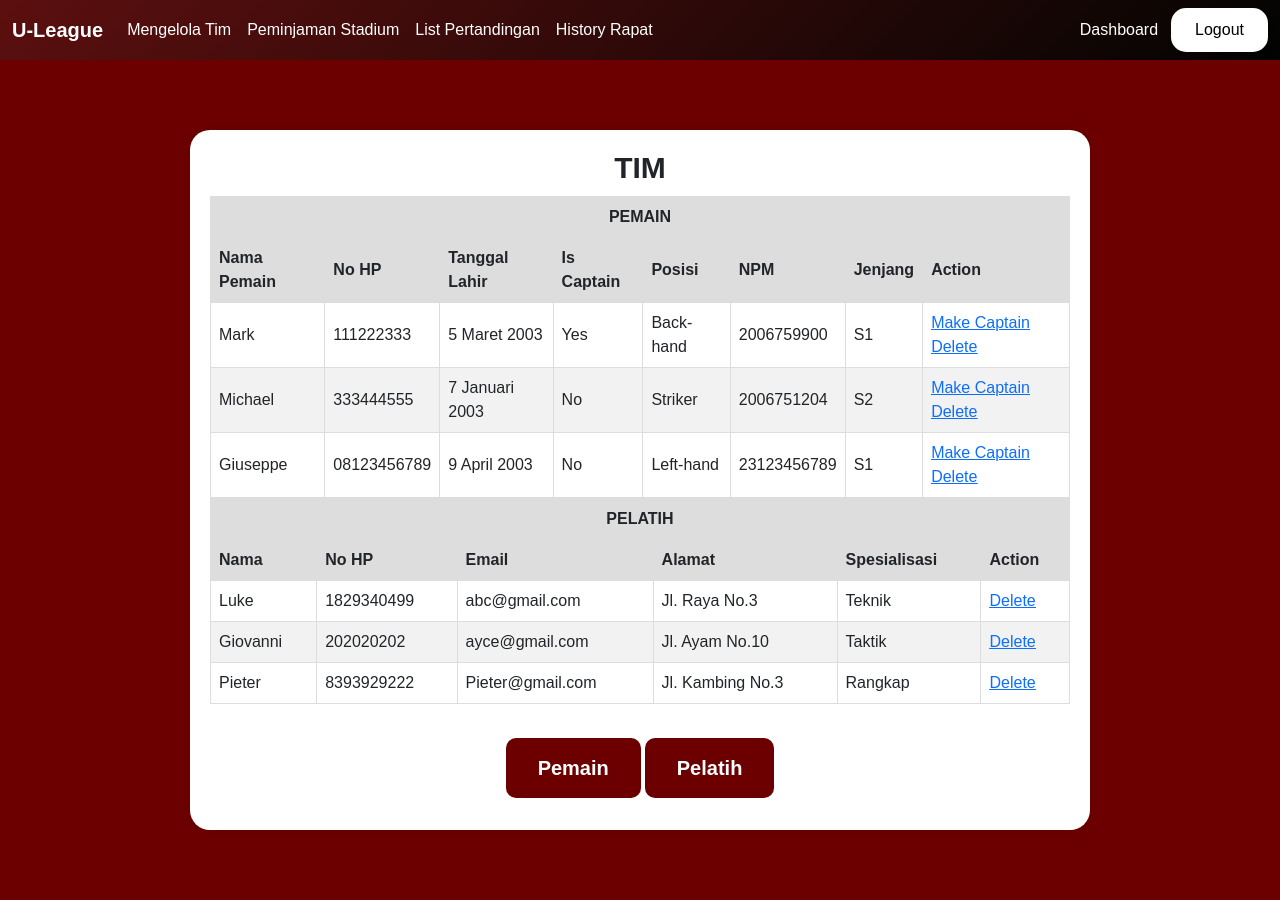
Repository: Basdat-F4/u-league
Page: team/templates/tim.html
The author's editor kept a copy of each file at every save. The page is drawn from the files as they stood at one save, then again after the next save.
The browser window is 1280 px wide. The pictures show the whole page.
The template is drawn by Django 4.2. The application's start-up code is not run. Other server files are loaded and not shown. The template is opened directly, without the code that normally fills it, so the values that code supplies are empty.

Above is the page before, as saved 2023-05-23 23:13:36.

### team/templates/tim.html
<!DOCTYPE html>
<html>
<head>
	<title>Tim</title>
  <title>Pendaftaran Tim</title>
    <meta charset="UTF-8">
    <meta http-equiv="X-UA-Compatible" content="IE=edge">
    <meta name="viewport" content="width=device-width, initial-scale=1.0">

    <link href="https://cdn.jsdelivr.net/npm/bootstrap@5.3.0-alpha3/dist/css/bootstrap.min.css" rel="stylesheet" integrity="sha384-KK94CHFLLe+nY2dmCWGMq91rCGa5gtU4mk92HdvYe+M/SXH301p5ILy+dN9+nJOZ" crossorigin="anonymous">
	<style>
body {
	background-color: #6c0000;
	font-family: Arial, sans-serif;
	margin: 0;
	padding: 0;
}

.container {
	max-width: 1200px;
	margin: 0 auto;
	padding: 50px;
	display: flex;
	flex-wrap: wrap;
	justify-content: center;
	align-items: center;
}

.box {
    width: 900px;
    height: 700px;
	background-color: #fff;
	box-shadow: 0px 0px 10px rgba(0, 0, 0, 0.1);
	border-radius: 20px;
	padding: 20px;
	margin: 20px;
	min-width: center;

}

.box h2 {
	font-weight: bold;
	margin-top: 20;
    font-size: 30px;
}

.box h3 {
	margin-top: 0;
	margin-bottom: 0;
    font-size: 20px;
}
.box p{
    margin-top: 0;
	margin-bottom: 0;
    font-size: 15px;
    font-weight: lighter;
}
.box2 {
    width: 250px;
    height: 300px;
	background-color: #6c0000;
	box-shadow: 0px 0px 10px rgba(0, 0, 0, 0.1);
	border-radius: 20px;
	padding: 20px;
	margin: 20px;
	min-width: center;
    position: relative;
    top: -40px;
    left: -30px;

}
.submit-button {
    background-color: #6c0000; /* Green */
    border: none;
    color: white;
    padding: 15px 32px;
    text-align: center;
    text-decoration: none;
    display: inline-block;
    font-size: 16px;
    margin: 4px 2px;
    cursor: pointer;
    border-radius: 10px;
    font-size: 20px;
    font-weight: bold;
  }
  table {
    border-collapse: collapse;
    width: 100%;
  }

  th, td {
    text-align: left;
    padding: 8px;
  }

  th {
    background-color: #dddddd;
    border: 1px solid #dddddd;
  }

  tr:nth-child(even) {
    background-color: #f2f2f2;
  }

  td {
    border: 1px solid #dddddd;
  }
	</style>
</head>
<body>
  <nav class="navbar navbar-expand-lg" style="background-image: linear-gradient(-45deg, rgb(2, 4, 2), rgb(92, 15, 15));">
    <div class="container-fluid">
      <a class="navbar-brand" style="font-weight: bold; color: white;" href="#">U-League</a>
      <button class="navbar-toggler" type="button" data-bs-toggle="collapse" data-bs-target="#navbarSupportedContent" aria-controls="navbarSupportedContent" aria-expanded="false" aria-label="Toggle navigation">
        <span class="navbar-toggler-icon"></span>
      </button>
      <div class="collapse navbar-collapse" id="navbarSupportedContent">
        <ul class="navbar-nav me-auto mb-2 mb-lg-0">
          <li class="nav-item">
            <a class="nav-link active" aria-current="page" style="color: white;" href="#">Mengelola Tim</a>
          </li>
          <li class="nav-item">
            <a class="nav-link" style="color: white;" href="#">Peminjaman Stadium</a>
          </li>
          <li class="nav-item">
            <a class="nav-link" style="color: white;" href="#">List Pertandingan</a>
          </li>
          <li class="nav-item">
            <a class="nav-link" style="color: white;" href="#">History Rapat</a>
          </li>
        </ul>
        <form class="d-flex">
          <button type="button" class="btn" style="color: white" data-bs-toggle="modal" data-bs-target="#newTaskModal">Dashboard</button>
          <button class="btn btn-primary" style="background-color: rgb(255, 255, 255); border: 0px; padding: 10px 24px; font-size: 16px; border-radius: 15px; color: white; filter: drop-shadow(4px 4px 2px rgba(0, 0, 0, 0.098));"><a class="link_below" style="text-decoration: none; color: rgb(0, 0, 0);" href="#">Logout</a></button>
        </form>
      </div>
    </div>
  </nav>
<script src="https://cdn.jsdelivr.net/npm/bootstrap@5.3.0-alpha3/dist/js/bootstrap.bundle.min.js" integrity="sha384-ENjdO4Dr2bkBIFxQpeoTz1HIcje39Wm4jDKdf19U8gI4ddQ3GYNS7NTKfAdVQSZe" crossorigin="anonymous"></script>
	<div class="container">
		<div class="box">
			<h2 style="margin-bottom: 10px">TIM</h2>
            <style>
                h2{
                    text-align: center;
                }
            </style>
        <table>
            <thead>
                <tr>
                    <th colspan="8" style="text-align: center; border-bottom: 1px solid #dddddd; border-top: 1px solid #dddddd; border-left: 1px solid #dddddd; border-right: 1px solid #dddddd;">PEMAIN</th>
                </tr>
              <tr>
                <th>Nama Pemain</th>
                <th>No HP</th>
                <th>Tanggal Lahir</th>
                <th>Is Captain</th>
                <th>Posisi</th>
                <th>NPM</th>
                <th>Jenjang</th>
                <th>Action</th>
              </tr>
            </thead>
            <tbody>
              <tr>
                <td>Mark</td>
                <td>111222333</td>
                <td>5 Maret 2003</td>
                <td>Yes</td>
                <td>Back-hand</td>
                <td>2006759900</td>
                <td>S1</td>
                <td style="text-decoration: underline;">
                    <a href>Make Captain</a>
                    <a href>Delete</a></td>
              </tr>
              <tr>
                <td>Michael</td>
                <td>333444555</td>
                <td>7 Januari 2003</td>
                <td>No</td>
                <td>Striker</td>
                <td>2006751204</td>
                <td>S2</td>
                <td style="text-decoration: underline;">
                    <a href>Make Captain</a>
                    <a href>Delete</a></td>
              </tr>
              <tr>
                <td>Giuseppe</td>
                <td>08123456789</td>
                <td>9 April 2003</td>
                <td>No</td>
                <td>Left-hand</td>
                <td>23123456789</td>
                <td>S1</td>
                <td style="text-decoration: underline;">
                    <a href>Make Captain</a>
                    <a href>Delete</a></td>
              </tr>
            </tbody>
          </table>
          <table>
            <thead>
                <tr>
                    <th colspan="6" style="text-align: center; border-bottom: 1px solid #dddddd; border-top: 1px solid #dddddd; border-left: 1px solid #dddddd; border-right: 1px solid #dddddd;">PELATIH</th>
                </tr>
              <tr>
                <th>Nama</th>
                <th>No HP</th>
                <th>Email</th>
                <th>Alamat</th>
                <th>Spesialisasi</th>
                <th>Action</th>
              </tr>
            </thead>
            <tbody>
              <tr>
                <td>Luke</td>
                <td>1829340499</td>
                <td>abc@gmail.com</td>
                <td>Jl. Raya No.3</td>
                <td>Teknik</td>
                <td style="text-decoration: underline;">
                    <a href>Delete</a></td>
              </tr>
              <tr>
                <td>Giovanni</td>
                <td>202020202</td>
                <td>ayce@gmail.com</td>
                <td>Jl. Ayam No.10</td>
                <td>Taktik</td>
                <td style="text-decoration: underline;">
                    <a href>Delete</a></td>
              </tr>
              <tr>
                <td>Pieter</td>
                <td>8393929222</td>
                <td>Pieter@gmail.com</td>
                <td>Jl. Kambing No.3</td>
                <td>Rangkap</td>
                <td style="text-decoration: underline;">
                    <a href>Delete</a></td>
              </tr>
            </tbody>
          </table>

        <div style="display: flex; justify-content: center; margin-top: 30px;">
            <form action="pemain.html">
            <a href="{% url 'team:tes_pemain' %}" class="submit-button">Pemain</a>
            </form>
            <form action="pelatih.html">
                <a href="{% url 'team:tes_pelatih' %}" class="submit-button">Pelatih</a>
            </form>
          </div>

After the next save:
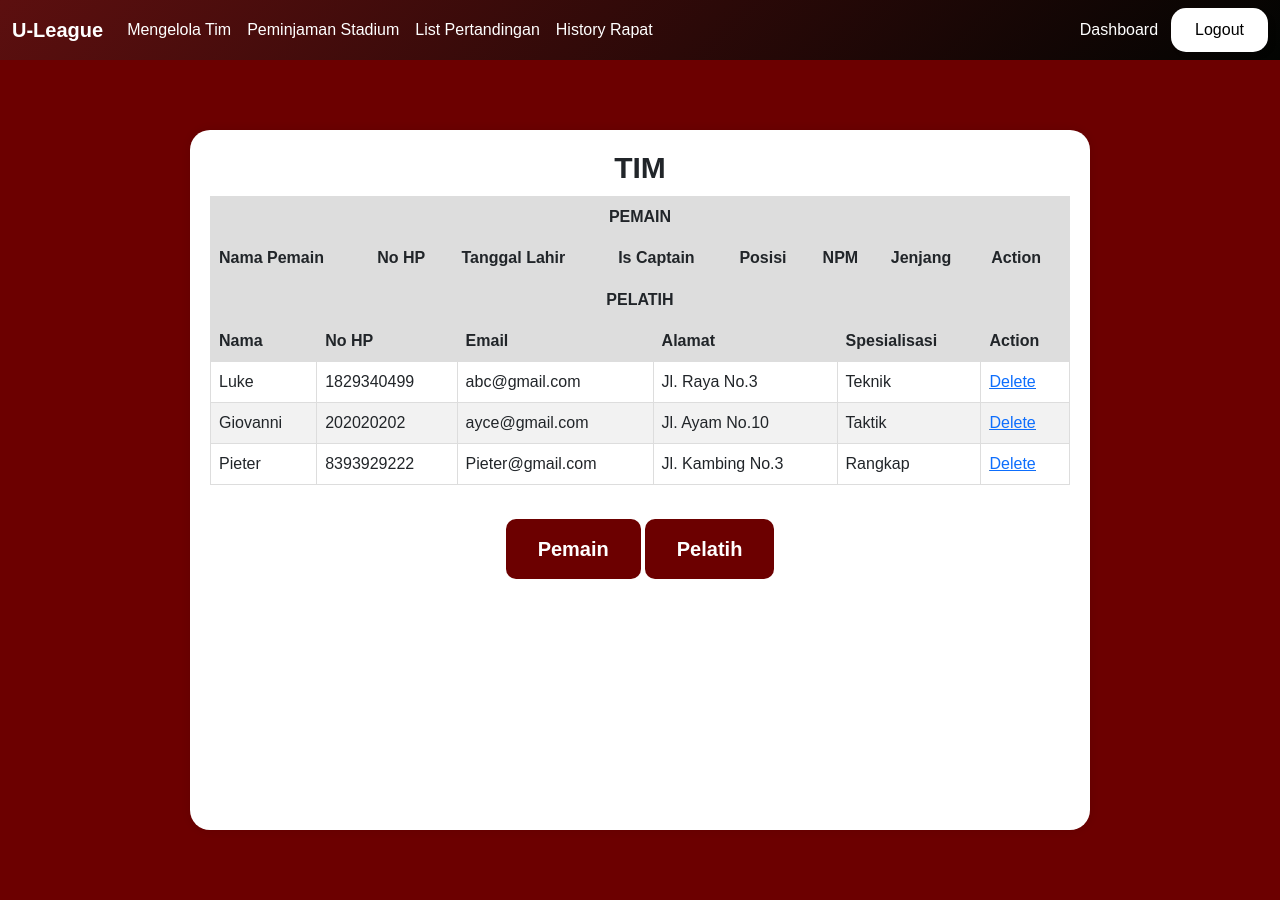
Saved 3 min 42 s later.
--- a/team/templates/tim.html
+++ b/team/templates/tim.html
@@ -163,42 +163,7 @@
               </tr>
             </thead>
             <tbody>
-              <tr>
-                <td>Mark</td>
-                <td>111222333</td>
-                <td>5 Maret 2003</td>
-                <td>Yes</td>
-                <td>Back-hand</td>
-                <td>2006759900</td>
-                <td>S1</td>
-                <td style="text-decoration: underline;">
-                    <a href>Make Captain</a>
-                    <a href>Delete</a></td>
-              </tr>
-              <tr>
-                <td>Michael</td>
-                <td>333444555</td>
-                <td>7 Januari 2003</td>
-                <td>No</td>
-                <td>Striker</td>
-                <td>2006751204</td>
-                <td>S2</td>
-                <td style="text-decoration: underline;">
-                    <a href>Make Captain</a>
-                    <a href>Delete</a></td>
-              </tr>
-              <tr>
-                <td>Giuseppe</td>
-                <td>08123456789</td>
-                <td>9 April 2003</td>
-                <td>No</td>
-                <td>Left-hand</td>
-                <td>23123456789</td>
-                <td>S1</td>
-                <td style="text-decoration: underline;">
-                    <a href>Make Captain</a>
-                    <a href>Delete</a></td>
-              </tr>
+
             </tbody>
           </table>
           <table>

After the 6 saves that followed:
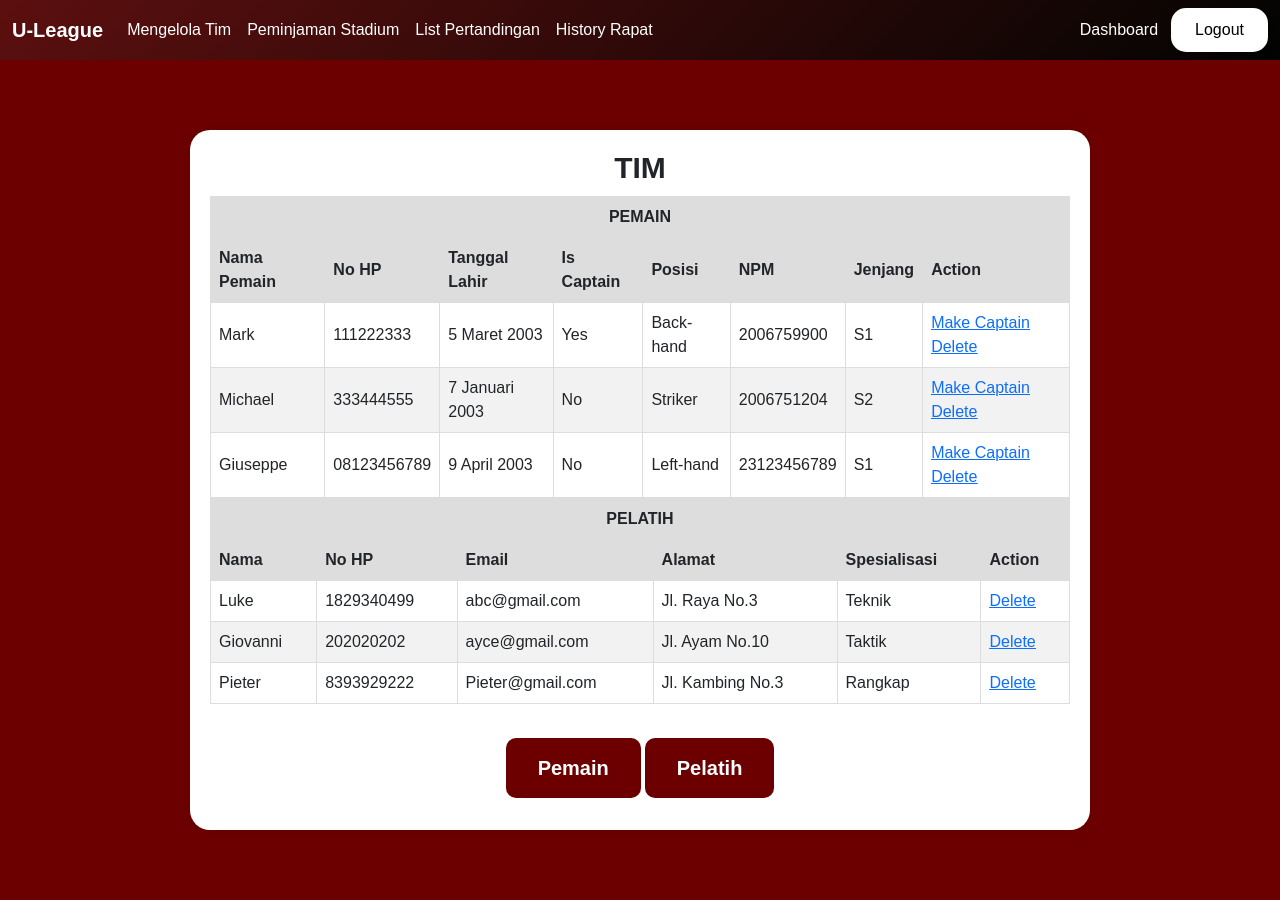
The 6 saves are shown as one change because 1 did not build or start and some came seconds apart.
The last was saved 28 s later.
--- a/team/templates/tim.html
+++ b/team/templates/tim.html
@@ -163,7 +163,42 @@
               </tr>
             </thead>
             <tbody>
-
+              <tr>
+                <td>Mark</td>
+                <td>111222333</td>
+                <td>5 Maret 2003</td>
+                <td>Yes</td>
+                <td>Back-hand</td>
+                <td>2006759900</td>
+                <td>S1</td>
+                <td style="text-decoration: underline;">
+                    <a href>Make Captain</a>
+                    <a href>Delete</a></td>
+              </tr>
+              <tr>
+                <td>Michael</td>
+                <td>333444555</td>
+                <td>7 Januari 2003</td>
+                <td>No</td>
+                <td>Striker</td>
+                <td>2006751204</td>
+                <td>S2</td>
+                <td style="text-decoration: underline;">
+                    <a href>Make Captain</a>
+                    <a href>Delete</a></td>
+              </tr>
+              <tr>
+                <td>Giuseppe</td>
+                <td>08123456789</td>
+                <td>9 April 2003</td>
+                <td>No</td>
+                <td>Left-hand</td>
+                <td>23123456789</td>
+                <td>S1</td>
+                <td style="text-decoration: underline;">
+                    <a href>Make Captain</a>
+                    <a href>Delete</a></td>
+              </tr>
             </tbody>
           </table>
           <table>
